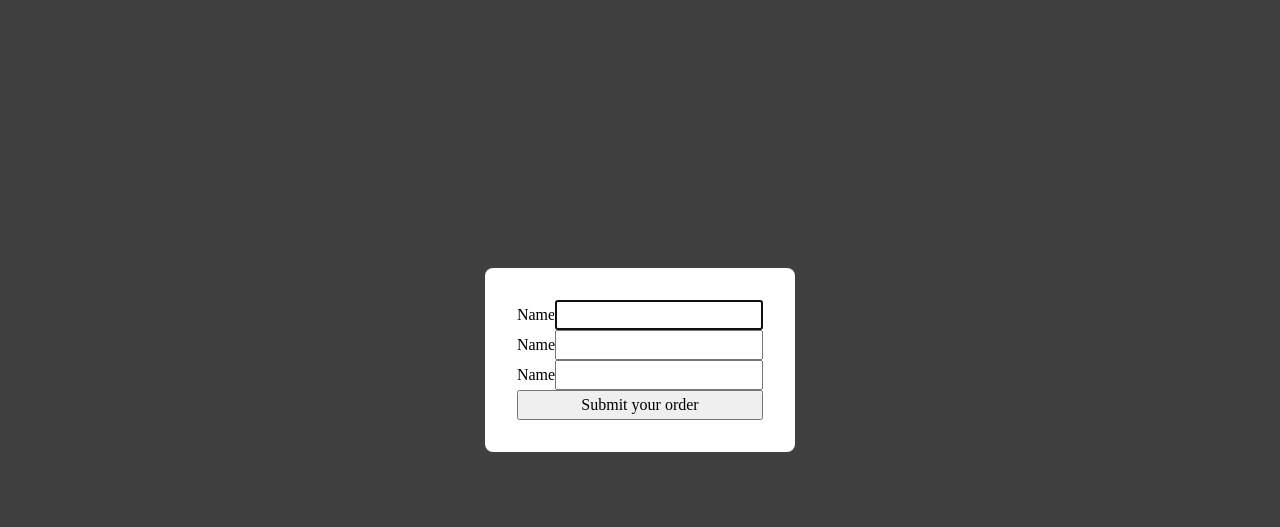
Repository: hjubsoni/hex-ocean-task
Page: /, after clicking the first element matching `button.order-button`
The author's editor kept a copy of each file at every save. The page is drawn from the files as they stood at one save, then again after the next save.
The browser window is 1280 px wide. The pictures show the whole page.
The project was rebuilt for these pictures with package versions that can differ from the ones it lists, and the page was loaded fresh each time. Also part of the build but not shown: vite.config.ts.

Above is the page before, as saved 2023-03-21 22:27:27.

### index.html
<!DOCTYPE html>
<html lang="en">
  <head>
    <meta charset="UTF-8" />
    <link rel="icon" type="image/svg+xml" href="/vite.svg" />
    <meta
      name="viewport"
      content="width=device-width, initial-scale=1.0"
    />
    <title>Vite + React + TS</title>
  </head>
  <body>
    <div id="root"></div>
    <script type="module" src="/src/main.tsx"></script>
  </body>
</html>

### src/App.tsx
import React from 'react';
import './App.css';
import { ShoppingBag } from 'react-feather';
import ModalForm from './components/ModalForm';

function App() {
  const [isModalOpen, setIsModalOpen] = React.useState(false);

  const toggleIsOpenModal = () => {
    setIsModalOpen(!isModalOpen);
  };

  return (
    <>
      <div className="wrapper">
        <button className="order-button" onClick={toggleIsOpenModal}>
          <div className="icon-wrapper">
            <ShoppingBag color="white" />
          </div>
          <span className="order-button-text">Order</span>
        </button>
      </div>
      {isModalOpen && <ModalForm handleDismiss={toggleIsOpenModal} />}
    </>
  );
}

export default App;

### src/index.css
*,
*::before,
*::after {
  box-sizing: border-box;
}

* {
  margin: 0;
}

html,
body,
#root {
  height: 100%;
}

body {
  line-height: 1.5;
  -webkit-font-smoothing: antialiased;
}

img,
picture,
video,
canvas,
svg {
  display: block;
  max-width: 100%;
}

input,
button,
textarea,
select {
  font: inherit;
}

p,
h1,
h2,
h3,
h4,
h5,
h6 {
  overflow-wrap: break-word;
}

#root,
#__next {
  isolation: isolate;
}

### src/App.css
.wrapper {
  height: 100%;
  display: flex;
  justify-content: center;
  align-items: center;
}

.order-button {
  display: flex;
  width: 180px;
  height: 2.625rem;
  align-items: center;
  padding: 4px 8px;
  gap: 8px;
  border-radius: 8px;
  background: #184fee;
  cursor: pointer;
  border: none;
}

.order-button-text {
  font-size: 1.5rem;
  color: white;
  margin-left: auto;
  margin-right: auto;
}

.icon-wrapper {
  animation-duration: 2s;
}

.order-button:hover > .icon-wrapper {
  animation-name: bounce;
  animation-timing-function: cubic-bezier(0.28, 0.84, 0.42, 1);
}
@keyframes bounce {
  0% {
    transform: scale(1, 1) translateY(0);
  }
  10% {
    transform: scale(1.1, 0.9) translateY(0);
  }
  30% {
    transform: scale(0.9, 1.1) translateY(-5px);
  }
  50% {
    transform: scale(1.05, 0.95) translateY(0);
  }
  57% {
    transform: scale(1, 1) translateY(-2px);
  }
  64% {
    transform: scale(1, 1) translateY(0);
  }
  100% {
    transform: scale(1, 1) translateY(0);
  }
}

### src/components/ModalForm/index.tsx
export { default } from './ModalForm';

### src/components/ModalForm/ModalForm.tsx
import React from 'react';
import FocusLock from 'react-focus-lock';
import { X } from 'react-feather';
import './styles.css';

function ModalForm({ handleDismiss }: { handleDismiss: () => void }) {
  return (
    <FocusLock>
      <div className="wrapper">
        <div className="backdrop" />
        <form className="modal-form">
          <div>
            <label className="form-label">Name</label>
            <input className="form-input" />
          </div>
          <div>
            <label className="form-label">Name</label>
            <input className="form-input" />
          </div>
          <div>
            <label className="form-label">Name</label>
            <input className="form-input" />
          </div>
          <button type="submit">Submit your order</button>
        </form>
      </div>
    </FocusLock>
  );
}

export default ModalForm;

### src/components/ModalForm/styles.css
.wrapper {
  position: fixed;
  inset: 0;
  display: grid;
  place-content: center;
  padding: 16px;
}

.backdrop {
  position: absolute;
  inset: 0;
  background: hsl(0deg 0% 0% / 0.75);
}

.modal-form {
  position: relative;
  background: white;
  border-radius: 8px;
  padding: 32px;
  display: flex;
  flex-direction: column;
}

.form-label {
  display: inline-block;
  font-weight: 500;
}

Loaded but not shown: src/main.tsx (common file)

After the next save:
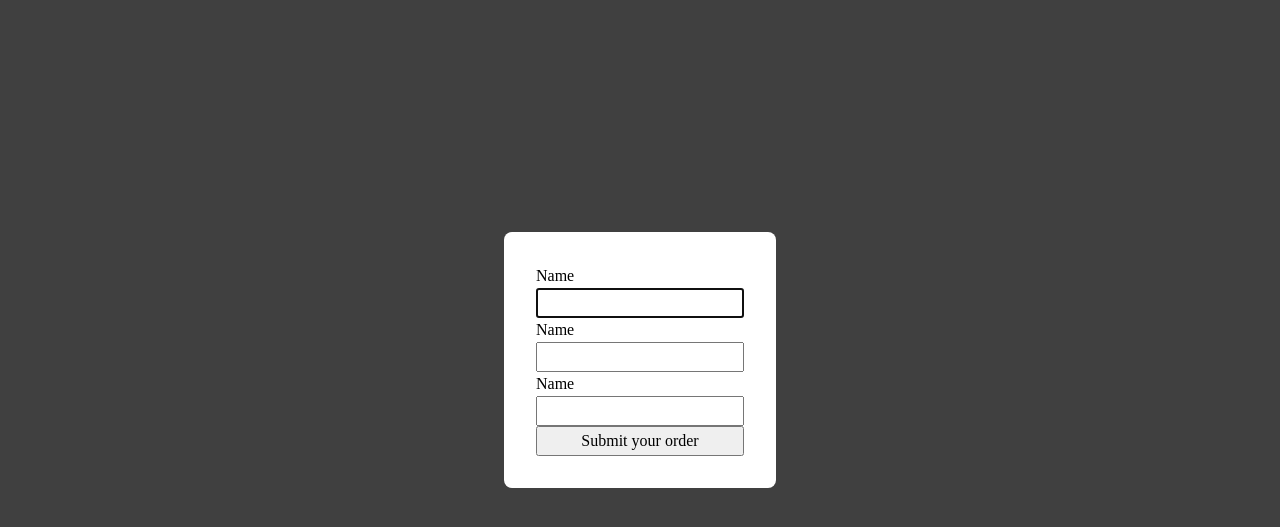
Saved 8 s later.
--- a/src/components/ModalForm/styles.css
+++ b/src/components/ModalForm/styles.css
@@ -25,3 +25,7 @@
   display: inline-block;
   font-weight: 500;
 }
+
+.form-input {
+  display: block;
+}
